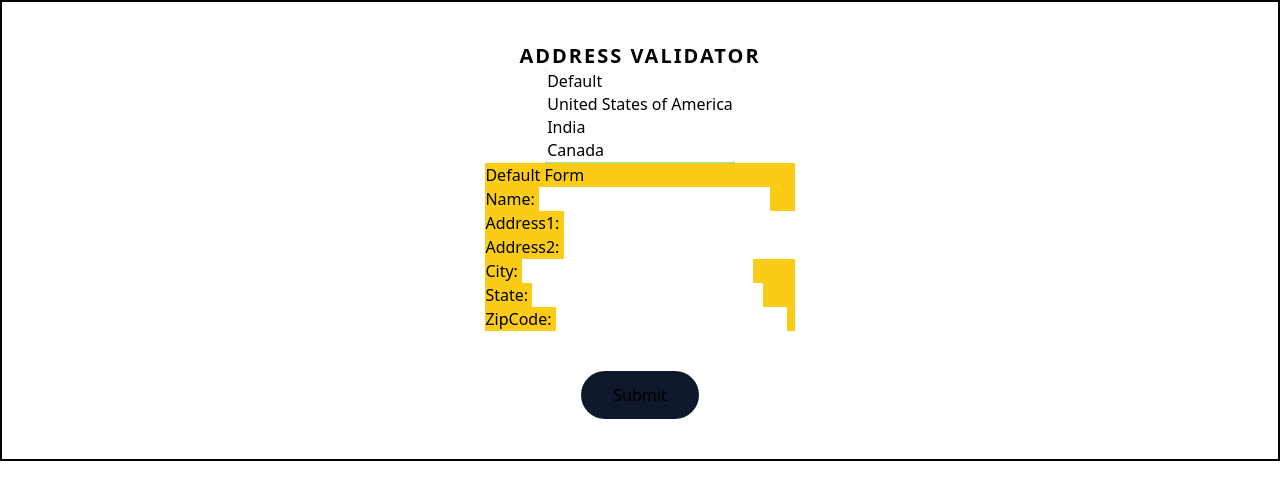
Repository: jay-singhvi/SWArchDesign_TeamProject
Page: / (app in frontend/address-validation/)
The author's editor kept a copy of each file at every save. The page is drawn from the files as they stood at one save, then again after the next save.
The browser window is 1280 px wide. The pictures show the whole page.
The project was rebuilt for these pictures with package versions that can differ from the ones it lists, and the page was loaded fresh each time. Also part of the build but not shown: frontend/address-validation/src/App.css.

Above is the page before, as saved 2023-03-07 13:47:17.

After the next save:
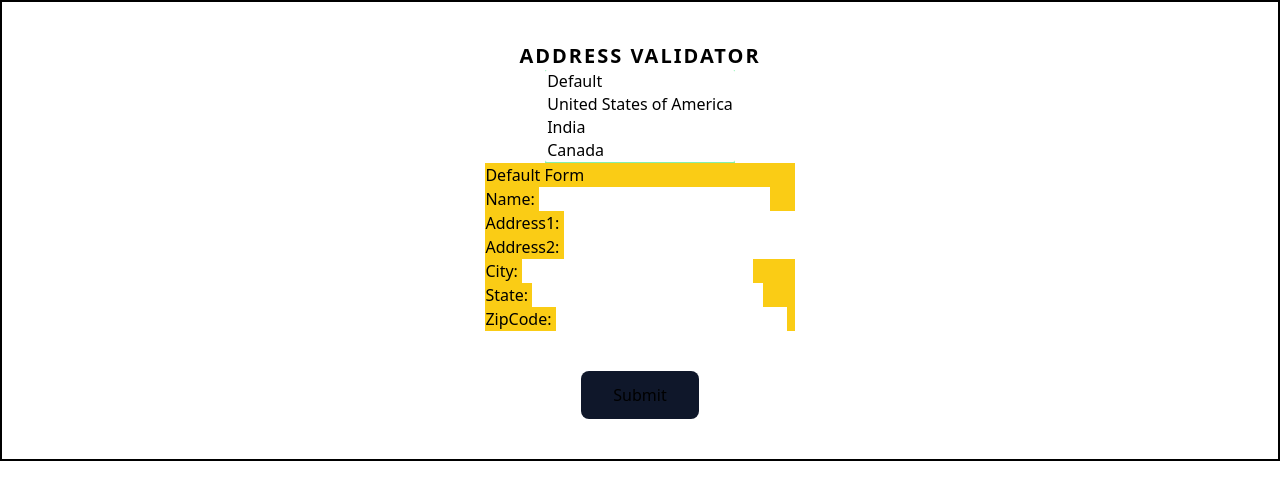
Saved 5 s later.
--- a/frontend/address-validation/src/App.js
+++ b/frontend/address-validation/src/App.js
@@ -154,7 +154,7 @@ function App() {
 
       {renderForm()}
 
-      <button type="submit" onClick={findAddress} className=" mt-10 bg-slate-900 cursor-pointer px-8 py-3 rounded-full">
+      <button type="submit" onClick={findAddress} className=" mt-10 bg-slate-900 cursor-pointer px-8 py-3 rounded-lg">
           Submit
         </button>
 
